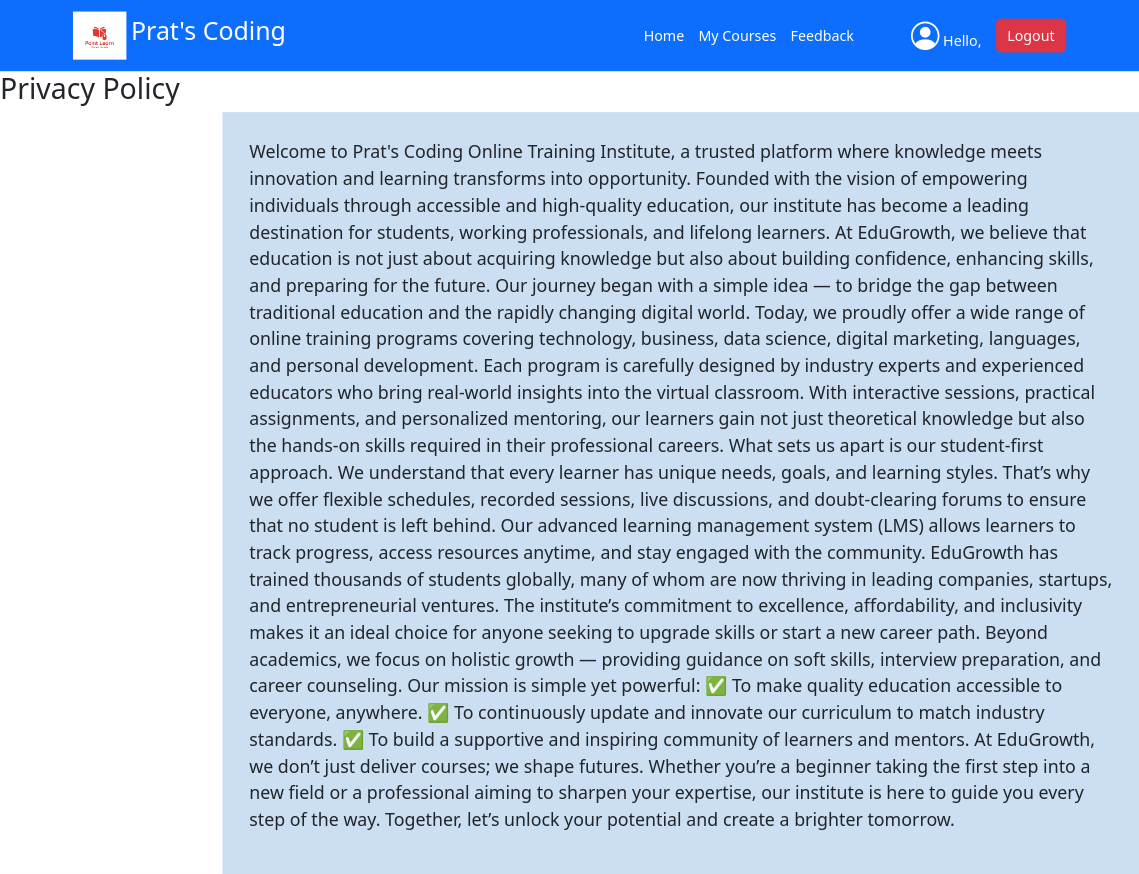
Repository: Pratikshae/OnlineLearningEPlatform
Page: http://localhost/privacy-policy
The author's editor kept a copy of each file at every save. The page is drawn from the files as they stood at one save, then again after the next save.
The browser window is 1280 px wide. The pictures show the whole page, at 89% of full size.
The page is this project's Thymeleaf template; nobody is signed in. The template is opened directly, without the code that normally fills it, so the values that code supplies are empty.

Above is the page before, as saved 2025-09-22 09:42:37.

### EducationCRMProject/src/main/resources/templates/privacy-policy.html
<!DOCTYPE html>
<html lang="en" xmlns:th="http://www.thymeleaf.org">
<head>
<meta charset="utf-8" />
<meta name="viewport" content="width=device-width, initial-scale=1" />
<title>Privacy Policy</title>
<link
	href="https://cdn.jsdelivr.net/npm/bootstrap@5.3.7/dist/css/bootstrap.min.css"
	rel="stylesheet"
	integrity="sha384-LN+7fdVzj6u52u30Kp6M/trliBMCMKTyK833zpbD+pXdCLuTusPj697FH4R/5mcr"
	crossorigin="anonymous" />

<link rel="stylesheet"
	href="https://cdn.jsdelivr.net/npm/bootstrap-icons@1.13.1/font/bootstrap-icons.min.css">
<link rel="stylesheet" th:href="@{/css/style.css}">

</head>
<body>
	<div th:replace="~{fragments/user-header :: u-header}"></div>
	<h2 class="justify-content-center align-items-center">Privacy
		Policy</h2>

	<div class="main-content">
	   <p class="justify-content-center align-items-center" style="font-size: 20px">
	    Welcome to Prat's Coding Online Training
		Institute, a trusted platform where knowledge meets innovation and
		learning transforms into opportunity. Founded with the vision of
		empowering individuals through accessible and high-quality education,
		our institute has become a leading destination for students, working
		professionals, and lifelong learners. At EduGrowth, we believe that
		education is not just about acquiring knowledge but also about
		building confidence, enhancing skills, and preparing for the future.

		Our journey began with a simple idea — to bridge the gap between
		traditional education and the rapidly changing digital world. Today,
		we proudly offer a wide range of online training programs covering
		technology, business, data science, digital marketing, languages, and
		personal development. Each program is carefully designed by industry
		experts and experienced educators who bring real-world insights into
		the virtual classroom. With interactive sessions, practical
		assignments, and personalized mentoring, our learners gain not just
		theoretical knowledge but also the hands-on skills required in their
		professional careers. What sets us apart is our student-first
		approach. We understand that every learner has unique needs, goals,
		and learning styles. That’s why we offer flexible schedules, recorded
		sessions, live discussions, and doubt-clearing forums to ensure that
		no student is left behind. Our advanced learning management system
		(LMS) allows learners to track progress, access resources anytime, and
		stay engaged with the community. EduGrowth has trained thousands of
		students globally, many of whom are now thriving in leading companies,
		startups, and entrepreneurial ventures. The institute’s commitment to
		excellence, affordability, and inclusivity makes it an ideal choice
		for anyone seeking to upgrade skills or start a new career path.
		Beyond academics, we focus on holistic growth — providing guidance on
		soft skills, interview preparation, and career counseling. Our mission
		is simple yet powerful: ✅ To make quality education accessible to
		everyone, anywhere. ✅ To continuously update and innovate our
		curriculum to match industry standards. ✅ To build a supportive and
		inspiring community of learners and mentors. At EduGrowth, we don’t
		just deliver courses; we shape futures. Whether you’re a beginner
		taking the first step into a new field or a professional aiming to
		sharpen your expertise, our institute is here to guide you every step
		of the way. Together, let’s unlock your potential and create a
		brighter tomorrow.
		</p>
		</div>
</body>
</html>

### EducationCRMProject/src/main/resources/templates/fragments/user-header.html
<!-- fragments/header.html -->
<!DOCTYPE html>
<html xmlns:th="http://www.thymeleaf.org">
<body>
	<header th:fragment="u-header">
		<nav class="navbar navbar-expand-lg bg-primary">
			<div class="container">
				<a class="navbar-brand" href="/index"> <img
					src="images/logo.png" alt="Smart Programming Logo" width="60" /> <span
					class="h3 text-white">Prat's Coding</span>
				</a>
				<button class="navbar-toggler" type="button"
					data-bs-toggle="collapse" data-bs-target="#navbarSupportedContent"
					aria-controls="navbarSupportedContent" aria-expanded="false"
					aria-label="Toggle navigation">
					<span class="navbar-toggler-icon"></span>
				</button>
				<div class="collapse navbar-collapse" id="navbarSupportedContent">
					<ul class="navbar-nav ms-auto mb-2 mb-lg-0">
						<li class="nav-item"><a class="nav-link text-white"
							aria-current="page" href="/index">Home</a></li>
					</ul>
					<ul class="navbar-nav mb-2 mb-lg-0">
						<li class="nav-item"><a class="nav-link text-white"
							aria-current="page" href="/myCourses">My Courses</a></li>
					</ul>

					<ul class="navbar-nav mb-2 mb-lg-0">
						<li class="nav-item"><a class="nav-link text-white"
							aria-current="page" href="/provideFeedback">Feedback</a></li>
					</ul>

					<ul class="navbar-nav mb-2 mb-lg-0 ms-5">
						<li class="nav-item"><a class="nav-link text-white"
							aria-current="page" href="/userProfile"> <i
								class="bi bi-person-circle" style="font-size: 2rem;"></i> Hello,
								<span th:text="${sessionUser.name}"></span>
						</a></li>
					</ul>
					<a href="/login" class="btn btn-danger ms-2"> Logout </a>
				</div>
			</div>
		</nav>
	</header>
</body>
</html>

### EducationCRMProject/src/main/resources/static/css/style.css
.sidebar {
    width: 250px;
    background-color: black;
    position: fixed;
    top: 0;
    left: 0;
    height: 100%;
    z-index: 1000;   /* ensure it stays above content */
}

.sidebar .nav-link {
    color: white;
}
.sidebar .nav-link:hover {
	background-color: #1075e0;
}

.main-content {
    margin-left: 250px;
    width: calc(100% - 250px);
    padding: 30px;
    background:#cbdef2;
    min-height: 100vh;
    position: relative;
    z-index: 1;   /* ensure content sits beside, not behind */
}

After the next save:
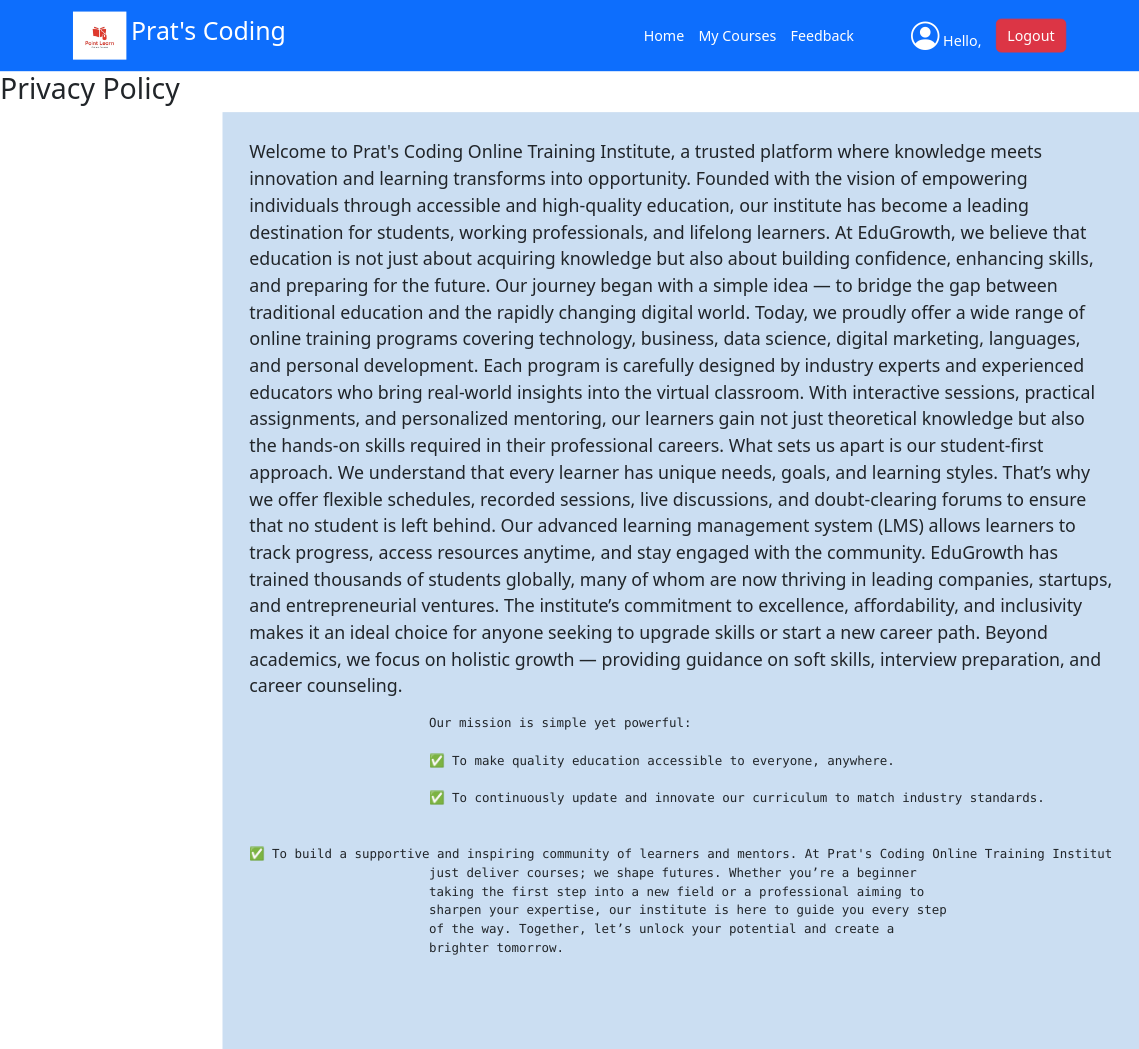
Saved 2 min 21 s later.
--- a/EducationCRMProject/src/main/resources/templates/privacy-policy.html
+++ b/EducationCRMProject/src/main/resources/templates/privacy-policy.html
@@ -21,48 +21,54 @@
 		Policy</h2>
 
 	<div class="main-content">
-	   <p class="justify-content-center align-items-center" style="font-size: 20px">
-	    Welcome to Prat's Coding Online Training
-		Institute, a trusted platform where knowledge meets innovation and
-		learning transforms into opportunity. Founded with the vision of
-		empowering individuals through accessible and high-quality education,
-		our institute has become a leading destination for students, working
-		professionals, and lifelong learners. At EduGrowth, we believe that
-		education is not just about acquiring knowledge but also about
-		building confidence, enhancing skills, and preparing for the future.
+		<p class="justify-content-center align-items-center"
+			style="font-size: 20px">Welcome to Prat's Coding Online Training
+			Institute, a trusted platform where knowledge meets innovation and
+			learning transforms into opportunity. Founded with the vision of
+			empowering individuals through accessible and high-quality education,
+			our institute has become a leading destination for students, working
+			professionals, and lifelong learners. At EduGrowth, we believe that
+			education is not just about acquiring knowledge but also about
+			building confidence, enhancing skills, and preparing for the future.
 
-		Our journey began with a simple idea — to bridge the gap between
-		traditional education and the rapidly changing digital world. Today,
-		we proudly offer a wide range of online training programs covering
-		technology, business, data science, digital marketing, languages, and
-		personal development. Each program is carefully designed by industry
-		experts and experienced educators who bring real-world insights into
-		the virtual classroom. With interactive sessions, practical
-		assignments, and personalized mentoring, our learners gain not just
-		theoretical knowledge but also the hands-on skills required in their
-		professional careers. What sets us apart is our student-first
-		approach. We understand that every learner has unique needs, goals,
-		and learning styles. That’s why we offer flexible schedules, recorded
-		sessions, live discussions, and doubt-clearing forums to ensure that
-		no student is left behind. Our advanced learning management system
-		(LMS) allows learners to track progress, access resources anytime, and
-		stay engaged with the community. EduGrowth has trained thousands of
-		students globally, many of whom are now thriving in leading companies,
-		startups, and entrepreneurial ventures. The institute’s commitment to
-		excellence, affordability, and inclusivity makes it an ideal choice
-		for anyone seeking to upgrade skills or start a new career path.
-		Beyond academics, we focus on holistic growth — providing guidance on
-		soft skills, interview preparation, and career counseling. Our mission
-		is simple yet powerful: ✅ To make quality education accessible to
-		everyone, anywhere. ✅ To continuously update and innovate our
-		curriculum to match industry standards. ✅ To build a supportive and
-		inspiring community of learners and mentors. At EduGrowth, we don’t
-		just deliver courses; we shape futures. Whether you’re a beginner
-		taking the first step into a new field or a professional aiming to
-		sharpen your expertise, our institute is here to guide you every step
-		of the way. Together, let’s unlock your potential and create a
-		brighter tomorrow.
+			Our journey began with a simple idea — to bridge the gap between
+			traditional education and the rapidly changing digital world. Today,
+			we proudly offer a wide range of online training programs covering
+			technology, business, data science, digital marketing, languages, and
+			personal development. Each program is carefully designed by industry
+			experts and experienced educators who bring real-world insights into
+			the virtual classroom. With interactive sessions, practical
+			assignments, and personalized mentoring, our learners gain not just
+			theoretical knowledge but also the hands-on skills required in their
+			professional careers. What sets us apart is our student-first
+			approach. We understand that every learner has unique needs, goals,
+			and learning styles. That’s why we offer flexible schedules, recorded
+			sessions, live discussions, and doubt-clearing forums to ensure that
+			no student is left behind. Our advanced learning management system
+			(LMS) allows learners to track progress, access resources anytime,
+			and stay engaged with the community. EduGrowth has trained thousands
+			of students globally, many of whom are now thriving in leading
+			companies, startups, and entrepreneurial ventures. The institute’s
+			commitment to excellence, affordability, and inclusivity makes it an
+			ideal choice for anyone seeking to upgrade skills or start a new
+			career path. Beyond academics, we focus on holistic growth —
+			providing guidance on soft skills, interview preparation, and career
+			counseling.
+		<pre>
+			Our mission is simple yet powerful:
+
+			✅ To make quality education accessible to everyone, anywhere.
+
+			✅ To continuously update and innovate our curriculum to match industry standards.
+
+			<p>✅ To build a supportive and inspiring community of learners and mentors. At Prat's Coding Online Training Institute, we don’t
+			just deliver courses; we shape futures. Whether you’re a beginner
+			taking the first step into a new field or a professional aiming to
+			sharpen your expertise, our institute is here to guide you every step
+			of the way. Together, let’s unlock your potential and create a
+			brighter tomorrow.</p>
+			</pre>
 		</p>
-		</div>
+	</div>
 </body>
 </html>
